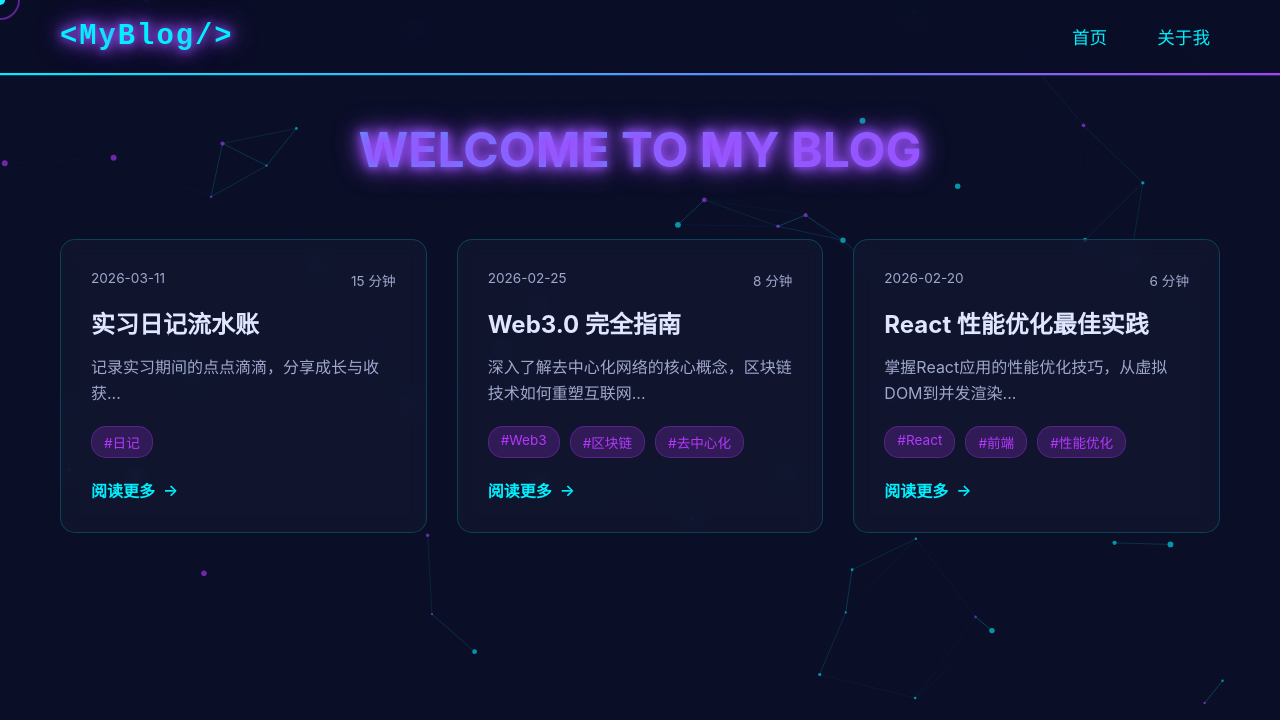
Repository: kyukiho/blog
Page: /
These files come from the project's save history. The page is drawn as it stood at one moment and after the next save; the edit follows.
The browser window is 1280 px wide. The pictures show the whole page.
The project was rebuilt for these pictures with package versions that can differ from the ones it lists, and the page was loaded fresh each time. Also part of the build but not shown: vite.config.js, src/components/BlogDetail.css, src/components/BlogDetail.jsx, src/components/About.css, src/components/About.jsx.

Above is the page before, as saved 2026-03-15 22:46:14.

After the next save:
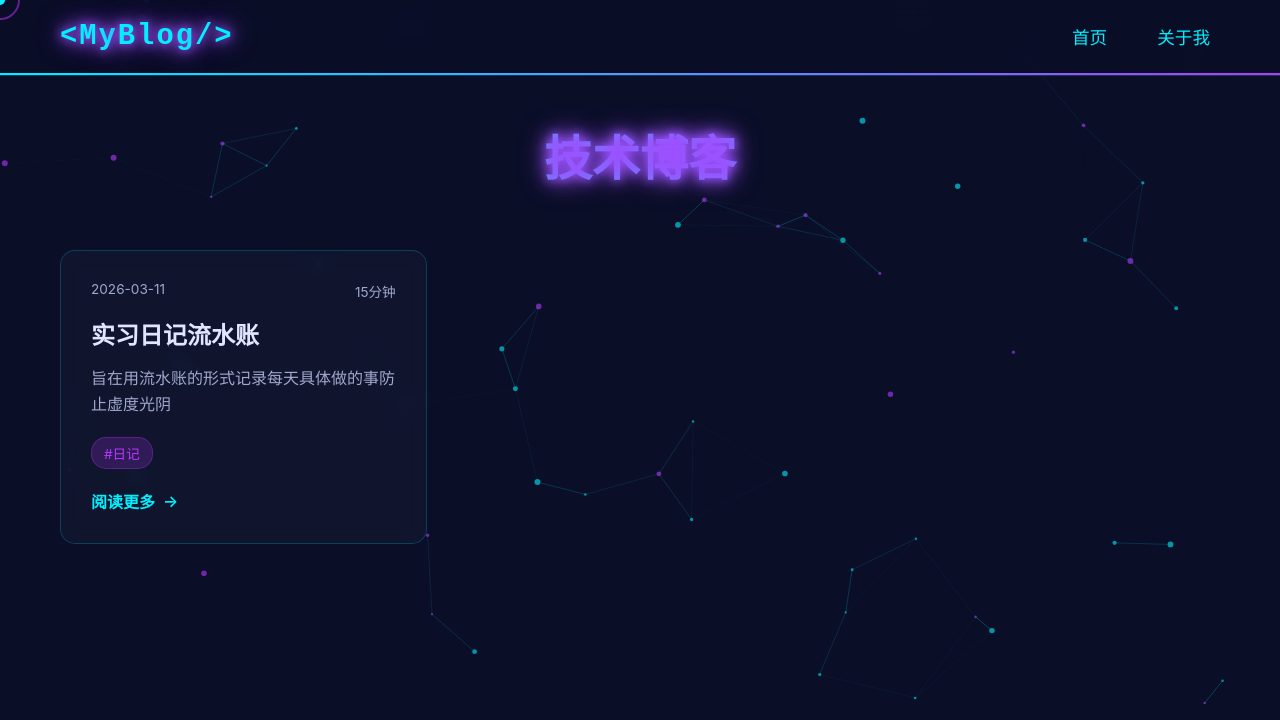
Saved 89 s later.
--- a/src/components/BlogList.jsx
+++ b/src/components/BlogList.jsx
@@ -12,27 +12,11 @@ const BlogList = () => {
       {
         id: 'liushuizhang',
         title: '实习日记流水账',
-        excerpt: '记录实习期间的点点滴滴，分享成长与收获...',
+        excerpt: '旨在用流水账的形式记录每天具体做的事防止虚度光阴',
         date: '2026-03-11',
-        tags: ['日记'],
-        readTime: '15 分钟'
+        tags: [ '日记'],
+        readTime: '15分钟'
       },
-      {
-        id: 'web3-intro',
-        title: 'Web3.0 完全指南',
-        excerpt: '深入了解去中心化网络的核心概念，区块链技术如何重塑互联网...',
-        date: '2026-02-25',
-        tags: ['Web3', '区块链', '去中心化'],
-        readTime: '8 分钟'
-      },
-      {
-        id: 'react-performance',
-        title: 'React 性能优化最佳实践',
-        excerpt: '掌握React应用的性能优化技巧，从虚拟DOM到并发渲染...',
-        date: '2026-02-20',
-        tags: ['React', '前端', '性能优化'],
-        readTime: '6 分钟'
-      }
     ]
     setBlogs(blogData)
   }, [])
@@ -60,7 +44,7 @@ const BlogList = () => {
         animate={{ opacity: 1, y: 0 }}
         transition={{ duration: 0.8 }}
       >
-        WELCOME TO MY BLOG
+        技术博客
       </motion.h1>
       <motion.div
         className="blog-grid"
